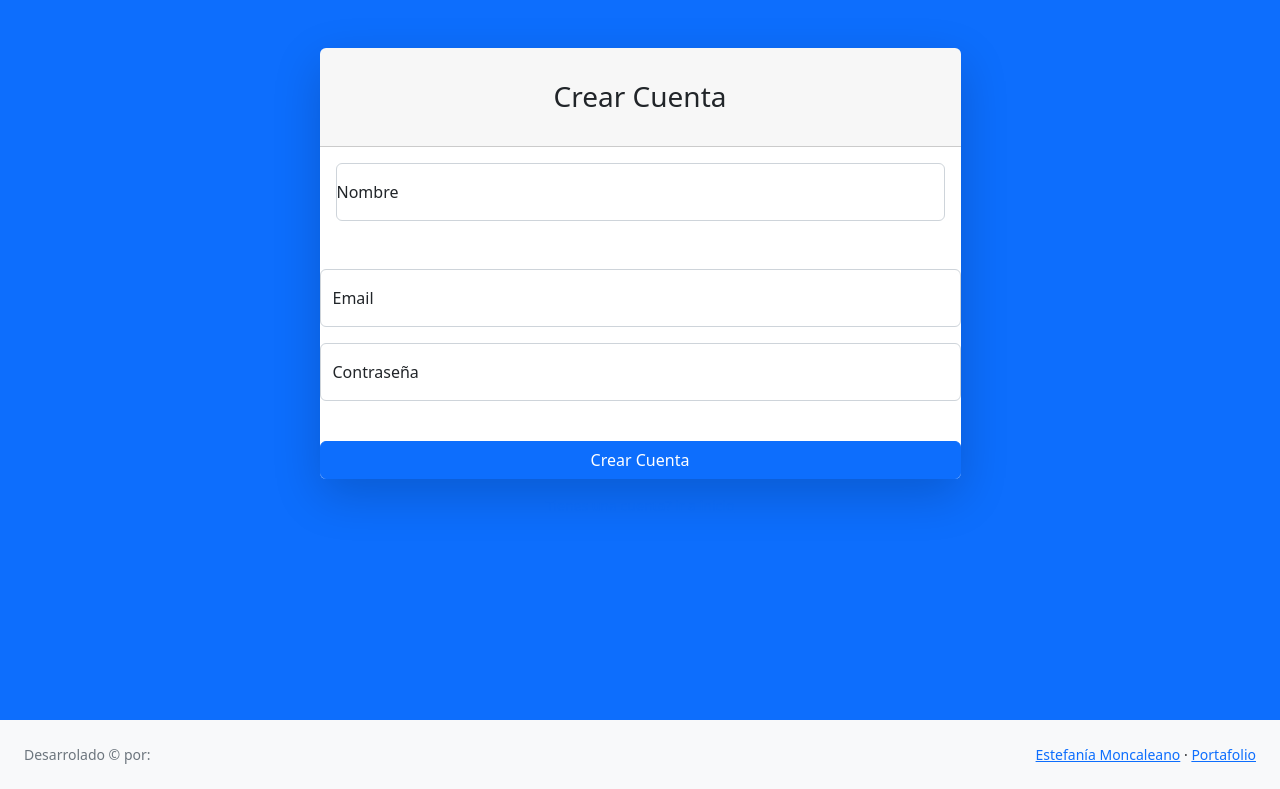
Repository: EstefaMH/Dashboard
Page: register.html
The author's editor kept a copy of each file at every save. The page is drawn from the files as they stood at one save, then again after a run of saves.
The browser window is 1280 px wide. The pictures show the whole page.
Some web libraries are served in a nearby version.

Above is the page before, as saved 2023-12-29 02:43:39.

After the next 2 saves:
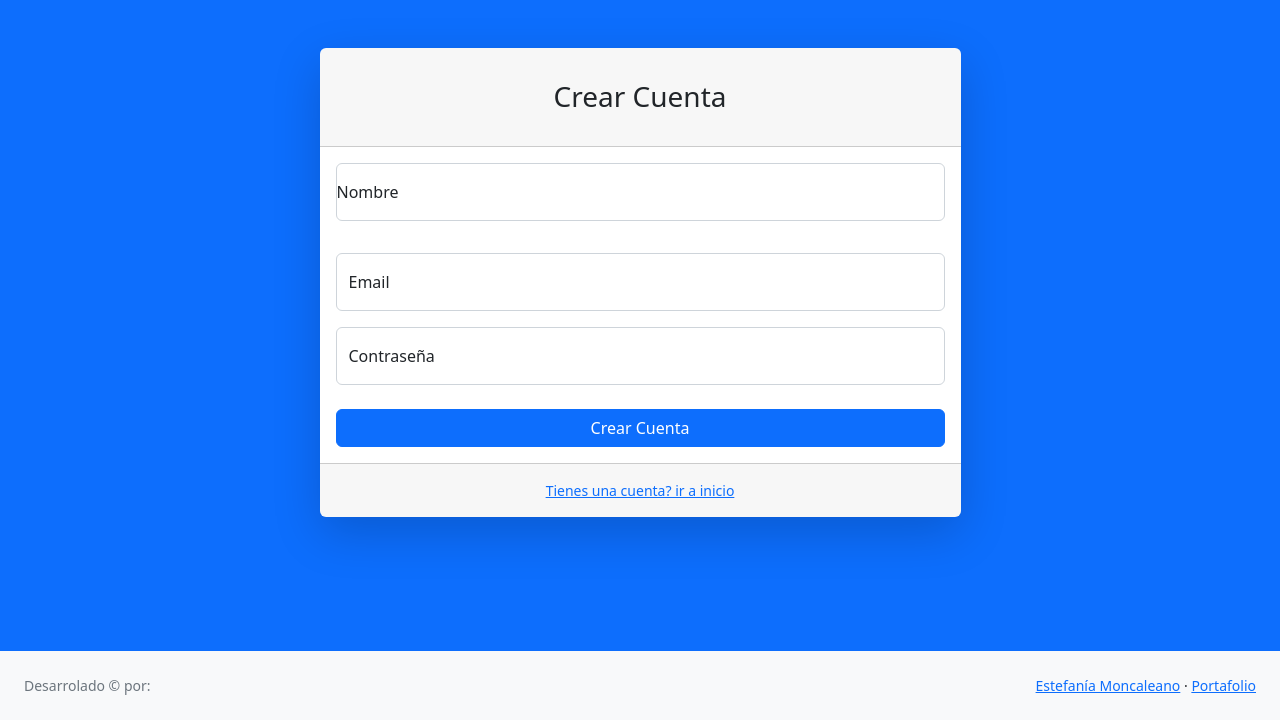
The 2 saves are shown as one change because they came seconds apart.
The last was saved 9 s later.
--- a/register.html
+++ b/register.html
@@ -28,13 +28,12 @@
                                         onsubmit="submitFormRegister()">
                                         <div class="row mb-3">
 
-                                                <div class="form-floating mb-3 ">
-                                                    <input required name="userName" class="form-control"
-                                                        id="inputFirstName" type="text"
-                                                        placeholder="Enter your first name" />
-                                                    <label for="inputFirstName">Nombre</label>
-                                                </div>
+                                            <div class="form-floating mb-3 ">
+                                                <input required name="userName" class="form-control" id="inputFirstName"
+                                                    type="text" placeholder="Enter your first name" />
+                                                <label for="inputFirstName">Nombre</label>
                                             </div>
+
 
                                         </div>
                                         <div class="form-floating mb-3">
